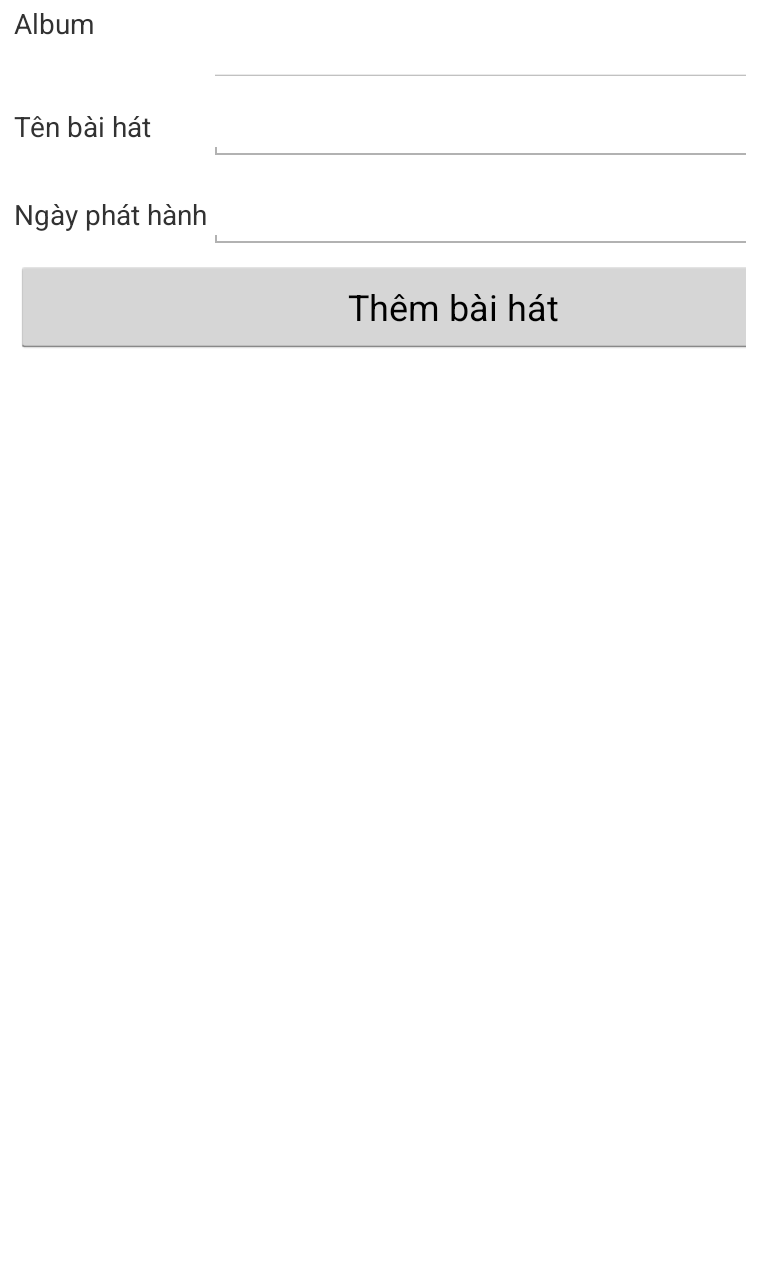
Repository: tvphu20th2/Android
Layout: QuanLyBH/res/layout/activity_baihat.xml
These files come from the project's save history. The layout is drawn as it stood at one moment and after the next save; the edit follows.
It is drawn on a 768 x 1280 px phone screen (xhdpi) without system bars, with theme AppTheme; the app's code is not run. Lists and similar views that code fills are empty. The app's manifest (not shown) leaves right-to-left support off. So textAlignment, textDirection and layoutDirection are ignored, and left and right values win over start and end ones.

Above is the layout before, as saved 2022-11-02 04:04:18.

After the next save:
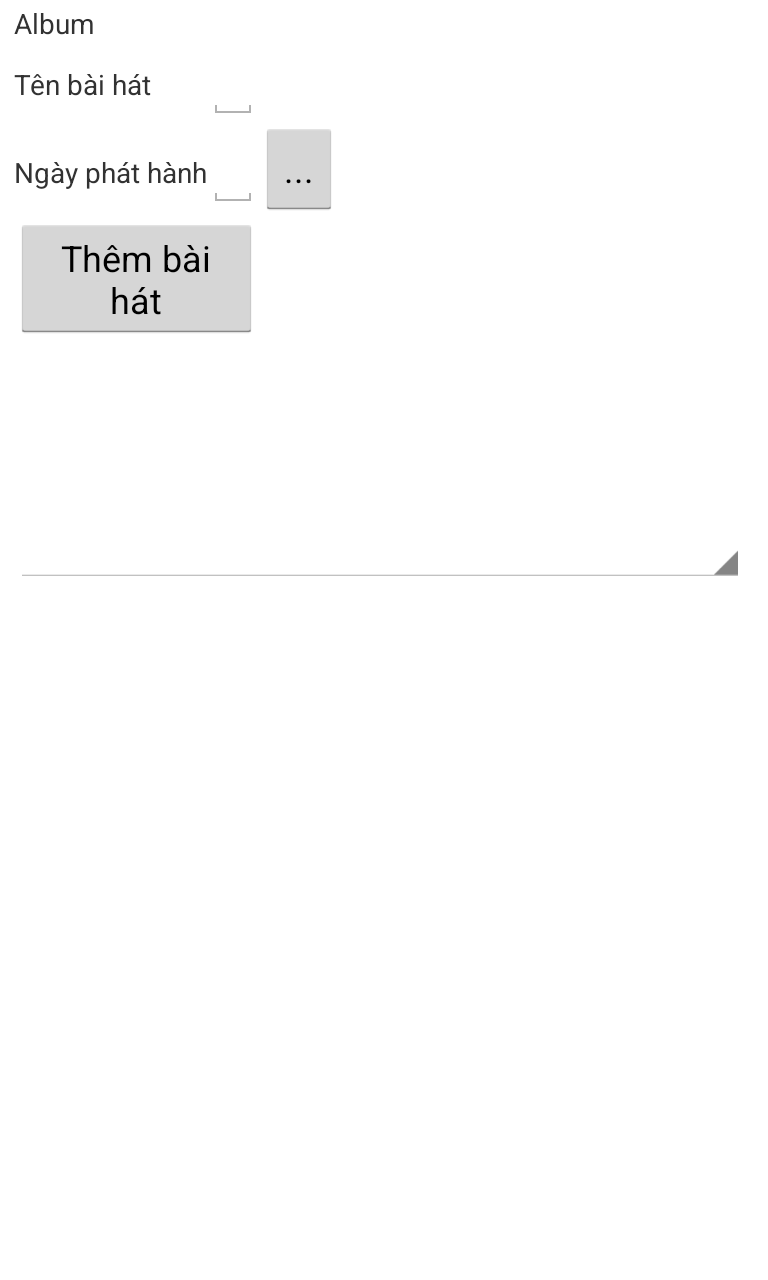
Saved 61 s later.
--- a/QuanLyBH/res/layout/activity_baihat.xml
+++ b/QuanLyBH/res/layout/activity_baihat.xml
@@ -1,39 +1,34 @@
 <?xml version="1.0" encoding="utf-8"?>
 <RelativeLayout xmlns:android="http://schemas.android.com/apk/res/android"
     android:layout_width="match_parent"
-    android:layout_height="match_parent">
+    android:layout_height="match_parent" >
 
     <TableLayout
+        android:id="@+id/tableLayout1"
         android:layout_width="393dp"
         android:layout_height="304dp"
+        android:layout_alignParentEnd="true"
         android:layout_alignParentStart="true"
         android:layout_alignParentTop="true"
-        android:layout_alignParentEnd="true"
-        android:layout_alignParentBottom="true"
-        android:layout_centerHorizontal="true"
+        android:layout_marginEnd="11dp"
         android:layout_marginStart="7dp"
-        android:layout_marginTop="2dp"
-        android:layout_marginEnd="11dp"
-        android:layout_marginBottom="425dp">
+        android:layout_marginTop="2dp" >
 
         <TableRow
             android:layout_width="match_parent"
-            android:layout_height="match_parent">
+            android:layout_height="match_parent" >
+
             <TextView
                 android:id="@+id/textView7"
                 android:layout_width="wrap_content"
                 android:layout_height="wrap_content"
                 android:text="Album" />
-
-            <Spinner
-                android:id="@+id/spinnerAlbum"
-                android:layout_width="343dp"
-                android:layout_height="40dp" />
         </TableRow>
 
         <TableRow
             android:layout_width="match_parent"
-            android:layout_height="match_parent">
+            android:layout_height="match_parent" >
+
             <TextView
                 android:id="@+id/textView8"
                 android:layout_width="wrap_content"
@@ -47,10 +42,10 @@
                 android:inputType="textPersonName" />
         </TableRow>
 
-
         <TableRow
             android:layout_width="match_parent"
             android:layout_height="match_parent" >
+
             <TextView
                 android:id="@+id/textView9"
                 android:layout_width="wrap_content"
@@ -61,7 +56,6 @@
                 android:id="@+id/editDateNgayPhatHanh"
                 android:layout_width="wrap_content"
                 android:layout_height="wrap_content"
-
                 android:inputType="date" />
 
             <Button
@@ -83,17 +77,24 @@
                 android:layout_span="2"
                 android:text="Thêm bài hát" />
         </TableRow>
+
+        <Spinner
+            android:id="@+id/spinnerAlbum"
+            android:layout_width="343dp"
+            android:layout_height="40dp"
+            android:layout_marginTop="82dp" />
+
     </TableLayout>
 
     <ListView
         android:id="@+id/lvbaihat"
         android:layout_width="match_parent"
         android:layout_height="match_parent"
+        android:layout_alignParentBottom="true"
         android:layout_alignParentStart="true"
         android:layout_alignParentTop="true"
-        android:layout_alignParentBottom="true"
+        android:layout_marginBottom="7dp"
         android:layout_marginStart="0dp"
-        android:layout_marginTop="313dp"
-        android:layout_marginBottom="7dp" />
+        android:layout_marginTop="313dp" />
 
 </RelativeLayout>
